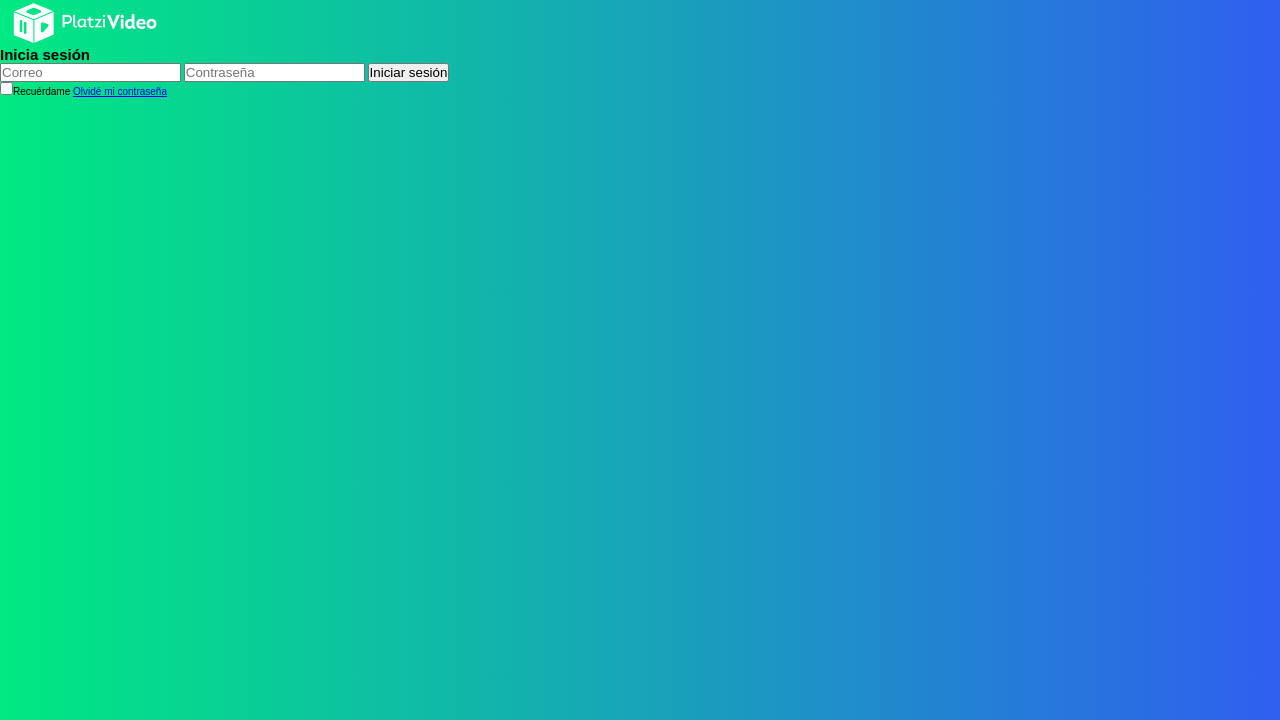
Repository: EnzoSz/Curso_frontend_dev
Page: proyecto/inicio-sesion-index.html
The author's editor kept a copy of each file at every save. The page is drawn from the files as they stood at one save, then again after the next save.
The browser window is 1280 px wide. The pictures show the whole page.

Above is the page before, as saved 2021-03-05 21:22:47.

After the next save:
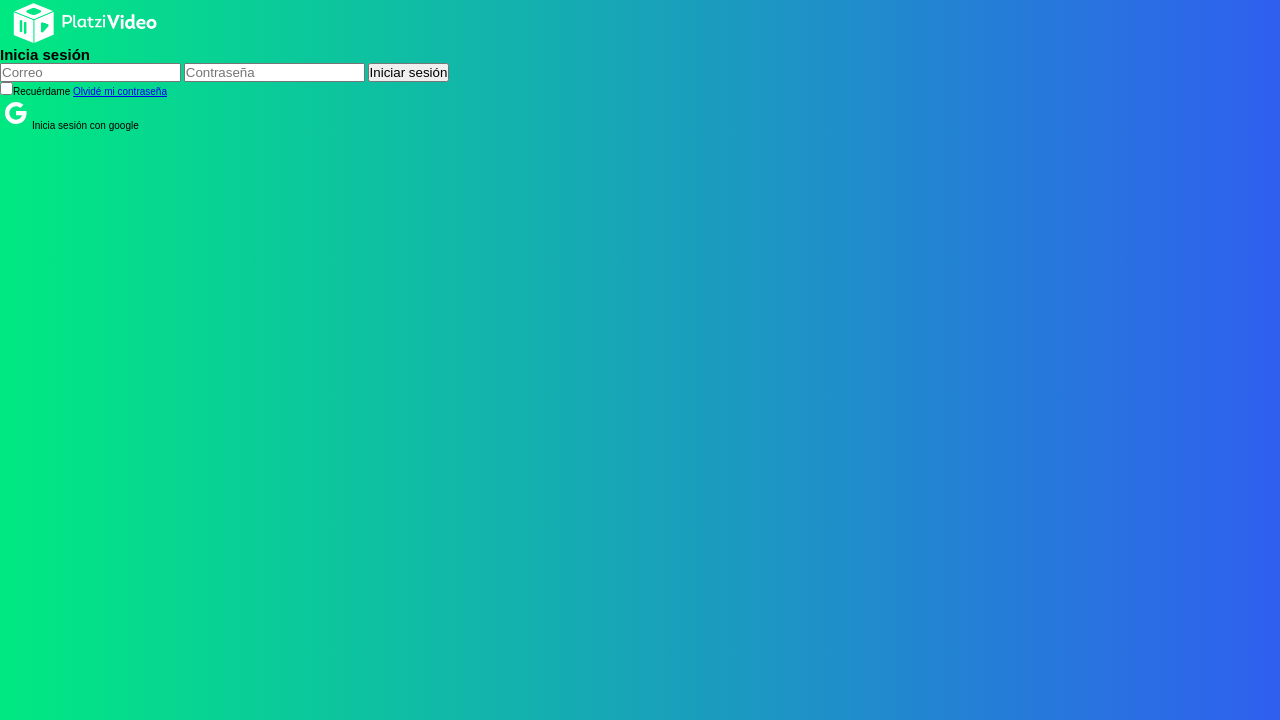
Saved 6 min 54 s later.
--- a/proyecto/inicio-sesion-index.html
+++ b/proyecto/inicio-sesion-index.html
@@ -26,6 +26,9 @@
                         <a href="#">Olvidé mi contraseña</a>
                     </div>
                 </form>
+                <section class="login__container--social-media">
+                    <div><img src="./Asset/icon/icon-google.svg" alt="google">Inicia sesión con google</div>
+                </section>
             </section>
         </section>
     </main>
